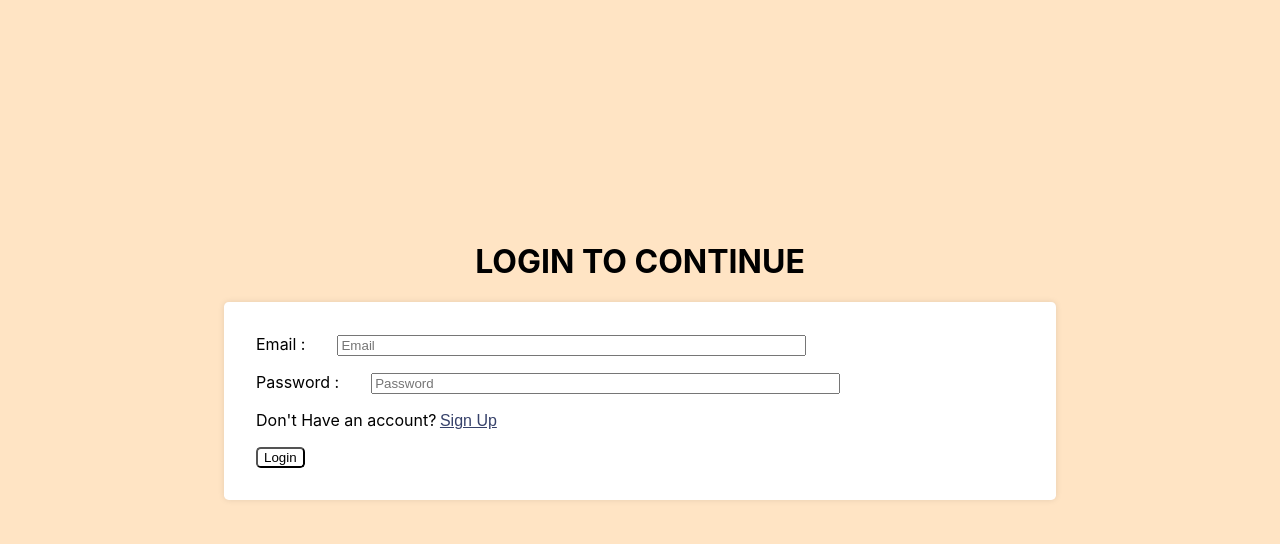
Repository: drumsmanku/test-1
Page: / (app in client/)
The author's editor kept a copy of each file at every save. The page is drawn from the files as they stood at one save, then again after the next save.
The browser window is 1280 px wide. The pictures show the whole page.
The project was rebuilt for these pictures with package versions that can differ from the ones it lists, and the page was loaded fresh each time. Also part of the build but not shown: client/src/App.css.

Above is the page before, as saved 2023-08-31 09:57:44.

### client/src/App.js
import './App.css';
import Login from './Components/Login/Login';

function App() {
  return (
    <div className="App">
      <Login/>
    </div>
  );
}

export default App;

### client/src/Components/Login/Login.js
import React from 'react';
import styles from './Login.module.css'

function Login() {
  return (
    <div className={styles.container}>
      <h1>LOGIN TO CONTINUE</h1>
      <div className={styles.loginContainer}>
        <form style={{ width:'100%', display:'flex', flexDirection:'column'}}>
            <div style={{marginBottom:'1rem'}}>
              <label htmlFor="email">Email :</label>
              <input type="email" name='email'   placeholder='Email' style={{width:'60%',marginLeft:'2rem' }} />
            </div>
            <div style={{marginBottom:'1rem'}}>
              <label htmlFor="password">Password :</label>
              <input type="password" name='password'   placeholder='Password' style={{width:'60%',marginLeft:'2rem' }} />
            </div>

            <span style={{marginBottom:'1rem'}}>Don't Have an account?<button style={{background:'none', color:'#36416A', fontSize:'medium', marginLeft:0, padding:0, width:'4rem', cursor:'pointer', border:'none', textDecoration:'underline'}}>Sign Up</button> </span>

            <div>
              <button className={styles.button}> Login</button>
            </div>
        </form>

      </div>
    </div>
  )
}

export default Login

### client/src/Components/Login/Login.module.css
.container{
  background-color: bisque;
  height: 100vh;
  width: 100%;
  display: flex;
  align-items: center;
  justify-content: center;
  flex-direction: column;
}
.loginContainer{
  width: 60%;
  display: flex;
  background-color: white;
  box-shadow: 0 0 0.4rem 	rgb(0,0,0, 0.1);
  border-radius: 0.3rem;
  padding: 2rem;
  justify-content: center;

}
.button{
  background: none;
  border-radius: 0.3rem;
}

Loaded but not shown: client/public/index.html (common file); client/src/index.js (common file); client/src/index.css (common file)

After the next save:
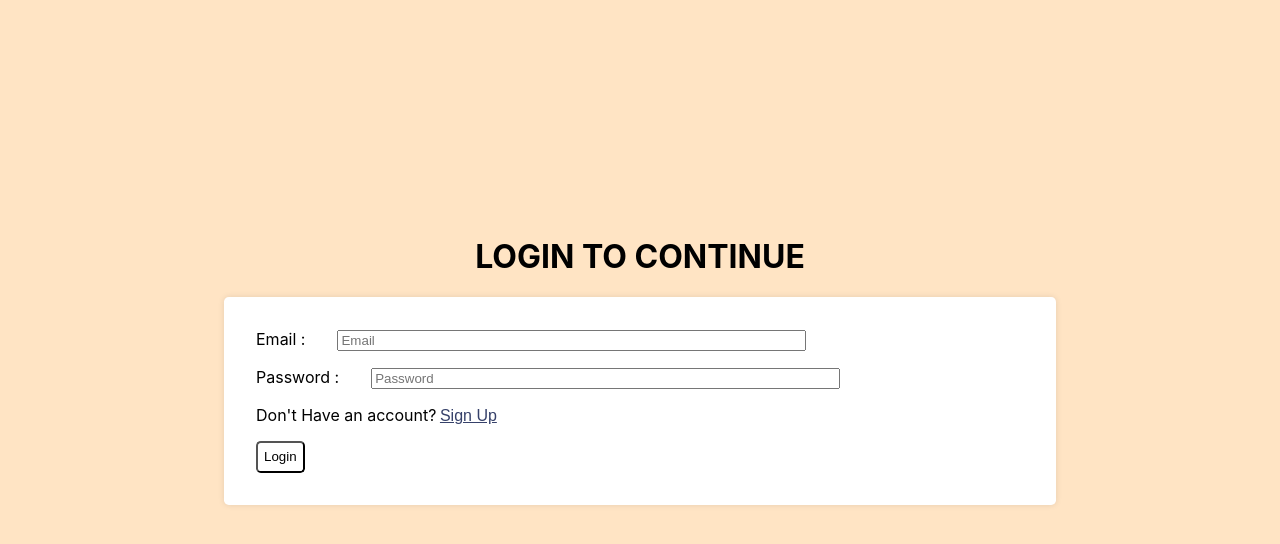
Saved 37 s later.
--- a/client/src/Components/Login/Login.module.css
+++ b/client/src/Components/Login/Login.module.css
@@ -20,4 +20,5 @@
 .button{
   background: none;
   border-radius: 0.3rem;
+  height: 2rem;
 }
